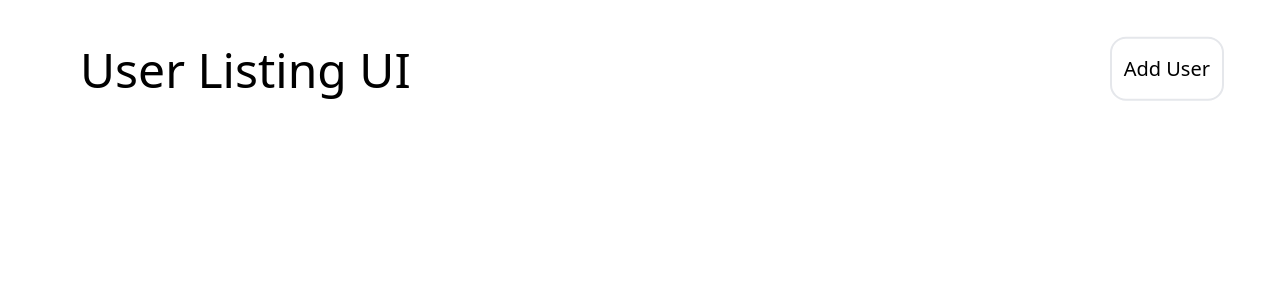
Repository: Marlstergo/listings
Page: /view (app in client/)
The author's editor kept a copy of each file at every save. The page is drawn from the files as they stood at one save, then again after the next save.
The browser window is 1280 px wide. The pictures show the whole page.
The project was rebuilt for these pictures with package versions that can differ from the ones it lists, and the page was loaded fresh each time. Also part of the build but not shown: client/craco.config.js, client/src/components/Loader.js, client/src/components/UserRow.jsx, client/src/components/Home.js, client/src/components/EditUser.js, client/src/components/Modal.js. Imported but missing from the stored project, and not drawn on this page: client/src/components/Base, client/src/components/Toppings.

Above is the page before, as saved 2021-07-21 15:22:29.

### client/src/index.js
/* eslint-disable no-unused-vars */
import React from "react";
import ReactDOM from "react-dom";
import "./index.css";
import App from "./App";
import reportWebVitals from "./reportWebVitals";
import { BrowserRouter as Router } from 'react-router-dom';
import { Provider } from "react-redux";
import { store } from "./redux/store";
import { PersistGate } from "redux-persist/integration/react";
import { persistor } from "./redux/store";

ReactDOM.render(
  <React.StrictMode>
    <Provider store={store}>
      <Router>
        <PersistGate persistor={persistor}>
          <App />
        </PersistGate>
      </Router>
    </Provider>
  </React.StrictMode>,
  document.getElementById("root")
);

// If you want to start measuring performance in your app, pass a function
// to log results (for example: reportWebVitals(console.log))
// or send to an analytics endpoint. Learn more: https://bit.ly/CRA-vitals
reportWebVitals();

### client/src/App.js
import React, { useState } from 'react';
import {BrowserRouter, Route, Switch, useLocation } from "react-router-dom";
import Header from './components/Header';
import Home from './components/Home';
import Base from './components/Base';
import Toppings from './components/Toppings';
import Order from './components/EditUser';
import Modal from './components/Modal';
import { AnimatePresence } from 'framer-motion';

function App() {
  const location = useLocation();
  const showModal = true;

  return (
    <>
      <Header />
      {/* <Modal showModal={showModal} /> */}
      <AnimatePresence exitBeforeEnter>
      <BrowserRouter>
        <Switch >
          <Route
          exact
          name="home"
          path="/">
            <Home />
          </Route>
          {/* <Route exact path="/createUpdateUser">
            <Toppings />
          </Route> */}
          <Route path="/order"
          exact
          name="order">
            <Order />
          </Route>

        </Switch>
        </BrowserRouter>
      </AnimatePresence>

    </>
  );
}

export default App;

### client/src/redux/store.js
import { createStore, applyMiddleware } from "redux";
import { logger } from 'redux-logger';
import {persistStore} from 'redux-persist';
// import thunk from 'redux-thunk'
import createSagaMiddleware from 'redux-saga'

import rootSaga from './root-sagas'

import rootReducer from './root-reducer';

const sagaMiddleware = createSagaMiddleware()

const middleware = [sagaMiddleware];

if( process.env.NODE_ENV === 'development'){
    middleware.push(logger)
}

export const store = createStore(rootReducer, applyMiddleware(...middleware))

sagaMiddleware.run(rootSaga)

export const persistor = persistStore(store)

export default (store, persistor);

### client/src/components/Header.js
import React from "react";
import { motion } from "framer-motion";

const svgVariants = {
  hidden: { rotate: -180 },
  visible: {
    rotate: 0,
    transition: { duration: 1 },
  },
};

const pathVariants = {
  hidden: {
    opacity: 0,
    pathLength: 0,
  },
  visible: {
    opacity: 1,
    pathLength: 1,
    transition: {
      duration: 2,
      ease: "easeInOut",
    },
  },
};

const buttonVariants = {
  show: {
    y: [0, -20],
    x: 0,
    textShadow: "0px 0px 8px rgb(255,255,255)",
    boxShadow: "0px 0px 8px rgb(255,255,255)",
    transition: {
      duration: 0.3,
      yoyo: Infinity,
      ease: 'easeOut'
    },
  },
};

const Header = () => {
  return (
    <header className="flex p-14 w-screen justify-between  items-center">
      {/* <motion.div
        className="logo"
        drag
        dragConstraints={{ left: 0, top: 0, right: 0, bottom: 0 }}
        dragElastic={0.7}
      >

      </motion.div> */}
      <motion.div
        className=" flex justify-between w-full ml-6 text-xs"
        initial={{ y: -250 }}
        animate={{ y: -10 }}
        transition={{ delay: 0.2, type: "spring", stiffness: 120 }}
      >
        <h1 className=" pb-4 text-5xl">User Listing UI</h1>
        <motion.button variants={buttonVariants} whileHover="hover"
        animate="show"
        className="text-xl border-2 px-3 rounded-2xl"
        >
          Add User
        </motion.button>
      </motion.div>
    </header>
  );
};

export default Header;

### client/src/redux/root-sagas.js
import {all, call} from 'redux-saga/effects'
import {userSagas} from './user/user.sagas'


export default function* rootSaga(){
    yield all([
        call(userSagas),
    ])
}

### client/src/redux/root-reducer.js
import {combineReducers} from 'redux'
import userReducer from './user/user.reducer'
// import cartReducer from './cart/cart.reducer'
import {persistReducer} from 'redux-persist'
import storage from 'redux-persist/lib/storage'
// import directoryReducer from './directory/directory.reducer'
// import shopReducer from './shop/shop.reducer'

const persistConfig ={
    key: 'root',
    storage,
    whitelist: ['' ]
}
const rootReducer = combineReducers({
    user: userReducer,

})
export default persistReducer(persistConfig, rootReducer)

### client/src/redux/user/user.sagas.js
import { all, call, put, takeLatest } from "redux-saga/effects";

import UserActionTypes from "./user.types";
import { loadUserDetail } from "./user.action";
// import axios from "axios";
// import { getUserDetailsURL } from "../../components/stringConstants";

export function* getDetails() {
  yield console.log("i fired");

  // try {
  //   console.log("inside try");

  //   const res = yield axios.get(getUserDetailsURL);
  //   const data = yield res.data;
  //   console.log(res);
  //   yield put(loadUserDetail(data ? data.data[0] : {}));
  // } catch (err) {
  //   console.log(err.response);
  //   if (err.response && err.response.statusText === "Not Found") {
  //     // console.log("");
  //     window.location.href = "/profile/settings?newUser=0837";
  //   }
  // }
}

export function* getUserDetails() {
  yield takeLatest(UserActionTypes.GET_USER_DETAIL, getDetails);
}
// export function* loadUserDetails(){
//     yield takeLatest(UserActionTypes.LOAD_USER_DETAIL, loadDetails)
// }

export function* userSagas() {
  yield all([call(getUserDetails)]);
}

### client/src/redux/user/user.reducer.js
import UserActionTypes from "./user.types";
const INITIAL_STATE = {
  // currentUser: null,
  userDetail: {},
  demo: 'i am demo',
  location: null

};
const userReducer = (state = INITIAL_STATE, action) => {
  switch (action.type) {

    case UserActionTypes.LOAD_USER_DETAIL:
      return {
        ...state,
        userDetail: action.payload,
      };

    case UserActionTypes.COLLECT_GEOLOCATION:
      return {
        ...state,
        location: action.payload
      }
    default:
      return state;
  }
};

export default userReducer;

### client/src/redux/user/user.types.js
const UserActionTypes ={
    GOOGLE_SIGN_IN_START : 'GOOGLE_SIGN_IN_START',
    SIGN_IN_SUCCESS : 'SIGN_IN_SUCCESS',
    SIGN_IN_FAILURE : 'SIGN_IN_FAILURE',
    GET_USER_DETAIL: 'GET_USER_DETAIL',
    LOAD_USER_DETAIL: 'LOAD_USER_DETAIL',
    COLLECT_GEOLOCATION: 'COLLECT_GEOLOCATION',
    FETCH_GEOLOCATION: 'FETCH_GEOLOCATION'
}
export default UserActionTypes;

### client/src/redux/user/user.action.js
import UserActionTypes from './user.types'



// export const googleSignInStart = () => ({
//     type: UserActionTypes.GOOGLE_SIGN_IN_START
// })

// export const signInSuccess = (user) => ({
//     type: UserActionTypes.SIGN_IN_SUCCESS,
//     payload: user
// })

export const getUserDetail = () => ({
    type: UserActionTypes.GET_USER_DETAIL,

})
export const loadUserDetail = (details) => ({
    type: UserActionTypes.LOAD_USER_DETAIL,
    payload: details
})

export const fetchGeoloction = () => ({
    type: UserActionTypes.FETCH_GEOLOCATION
})
export const collectGeolocation = (location) => ({
    type: UserActionTypes.COLLECT_GEOLOCATION,
    payload: location
})
// })

### client/tailwind.config.js
  // tailwind.config.js
  module.exports = {
    // mode:'jit',
    purge: ['./src/**/*.{js,jsx,ts,tsx}', './public/index.html'],
     darkMode: false, // or 'media' or 'class'
     theme: {
       extend: {},
     },
     variants: {
       extend: {},
     },
     plugins: [],
   }

Loaded but not shown: client/public/index.html (common file); client/src/index.css (common file); client/src/reportWebVitals.js (common file)

After the next save:
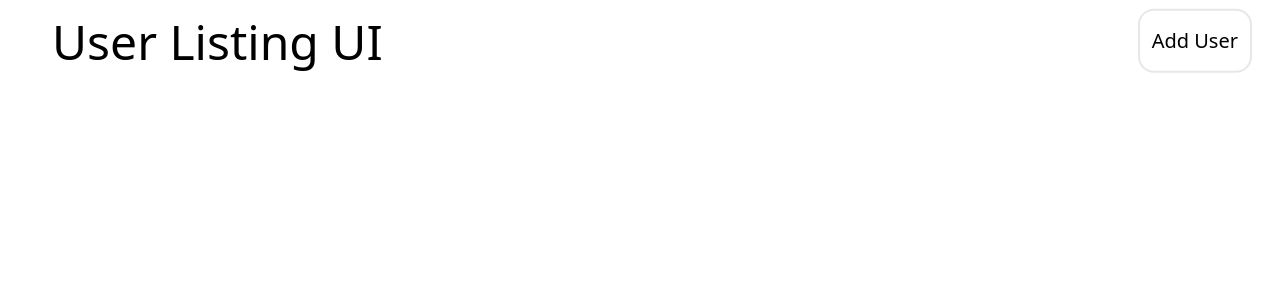
Saved 48 s later.
--- a/client/src/components/Header.js
+++ b/client/src/components/Header.js
@@ -40,7 +40,7 @@ const buttonVariants = {
 
 const Header = () => {
   return (
-    <header className="flex p-14 w-screen justify-between  items-center">
+    <header className="flex p-7 w-screen justify-between  items-center">
       {/* <motion.div
         className="logo"
         drag
